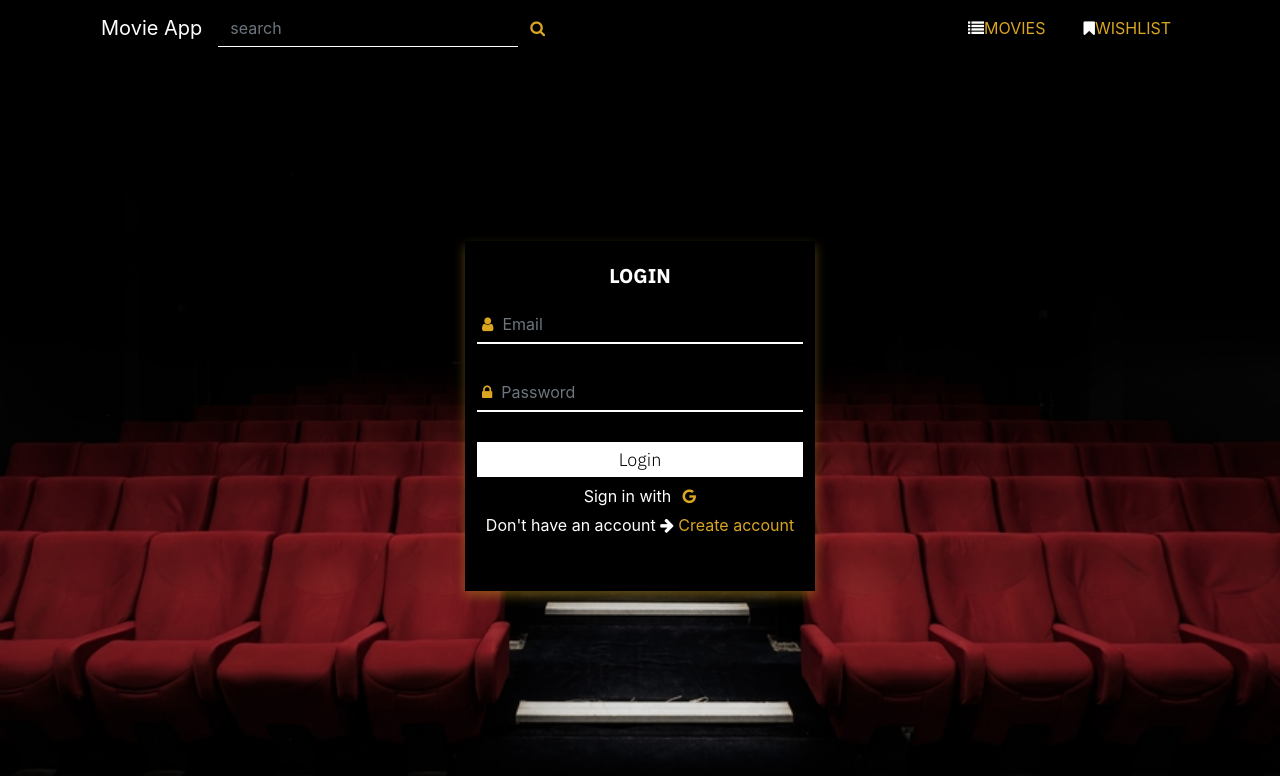
Repository: latenightsnacc/movie-db-app
Page: login.html
These files come from the project's save history. The page is drawn as it stood at one moment and after the next save; the edit follows.
The browser window is 1280 px wide. The pictures show the whole page.
The style sheet was rebuilt from its Sass, Less or Tailwind sources for each picture, by a compiler version that may differ from the author's.

Above is the page before, as saved 2020-06-17 10:55:20.
Console error (its wording comes from the project's code and is left out).

After the next save:
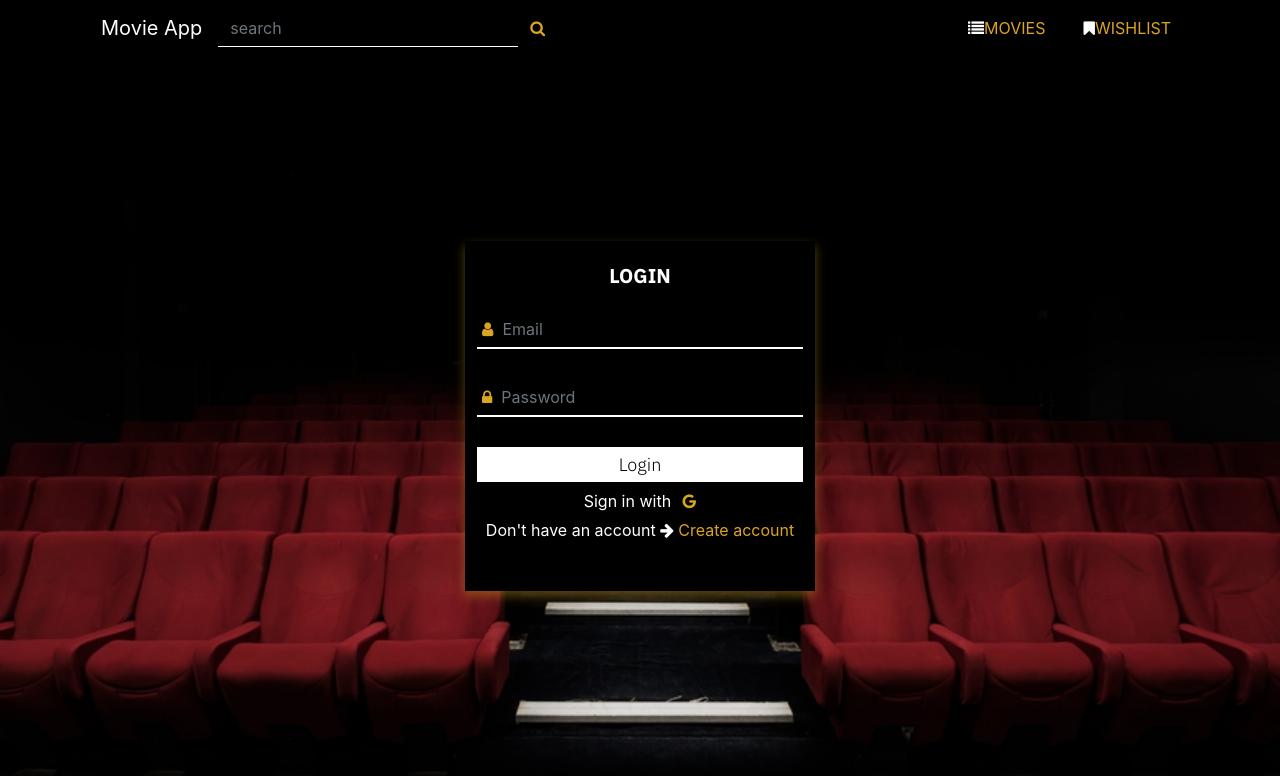
Saved 19 s later.
--- a/Stylesheet/login.scss
+++ b/Stylesheet/login.scss
@@ -20,7 +20,7 @@
         .form-title {
             font-size: 20px;
             font-family: $font;
-            line-height: 30px;
+            line-height: 40px;
             text-transform: uppercase;
             color: $light;
             text-align: center;
